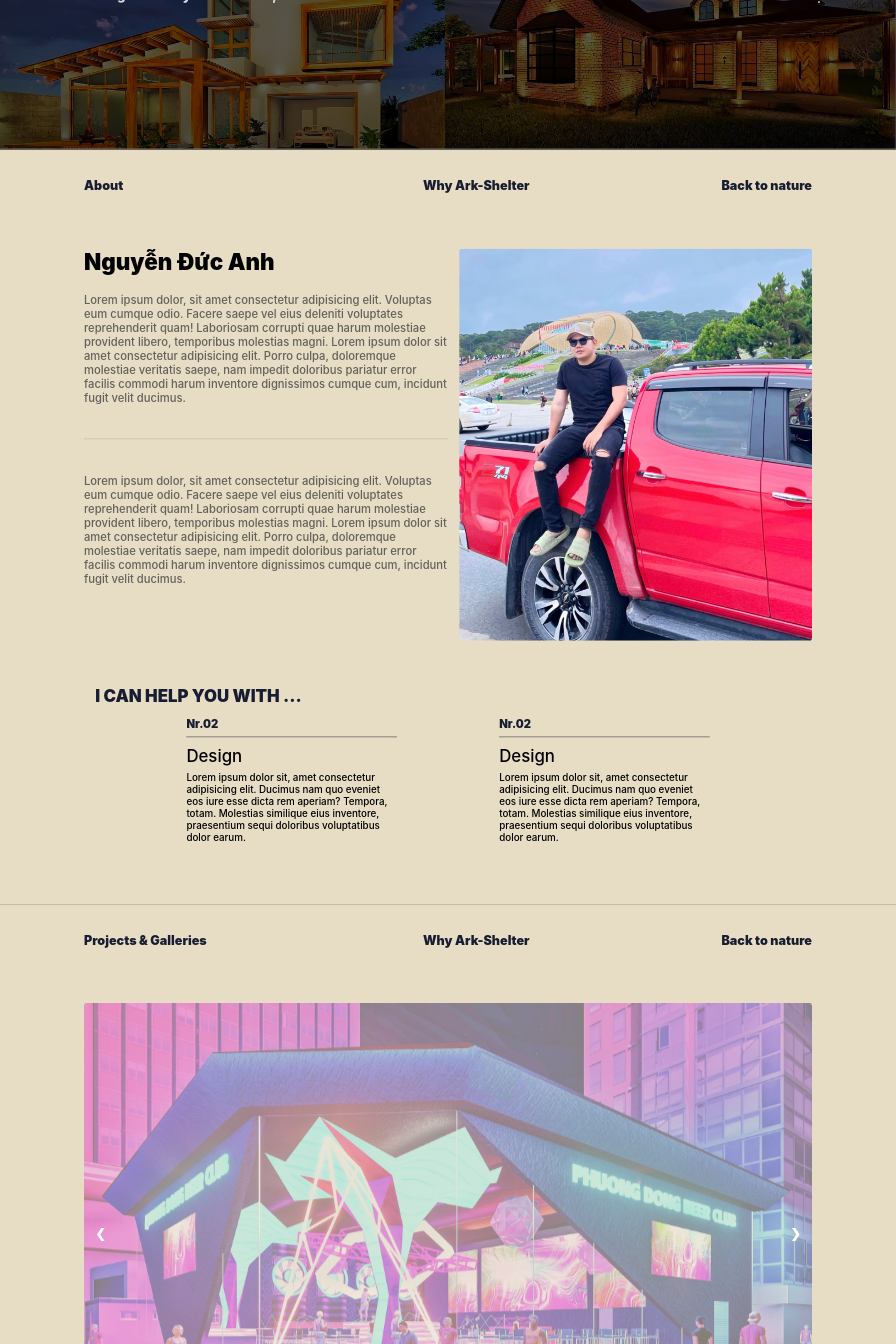
Repository: Ethanxcode/DucAnhNguyen
Page: index.html
The author's editor kept a copy of each file at every save. The page is drawn from the files as they stood at one save, then again after the next save.
The browser window is 1280 px wide. The pictures show the part of the page from y = 466 to 2386 px (the page is 5378 px tall), at 70% of full size.

Above is the page before, as saved 2023-01-30 15:59:22.

### index.html
<!DOCTYPE html>
<html lang="en">

<head>
	<meta charset="UTF-8" />
	<meta http-equiv="X-UA-Compatible" content="IE=edge" />
	<meta name="viewport" content="width=device-width, initial-scale=1.0" />
	<link rel="stylesheet" href="./style.css" />
	<link rel="stylesheet" href="https://cdnjs.cloudflare.com/ajax/libs/font-awesome/6.2.1/css/all.min.css" />
	<!-- <link rel="stylesheet" type="text/css" href="/css/fonts.css" /> -->
	<title>DucAnhNguyen</title>
</head>

<body>
	<div id="root">
		<section class="container bgimage header">
			<div class="bg-image-holder" style="
						background-image: url(./Assets/241194850_2108411145980762_7904081432669109629_n.jpg);
					"></div>
			<nav class="navigation content-above">
				<ul class="headerMenu">
					<li>
						<a href="">
							<h2 class="textLogo">Duc Anh</h2>
						</a>
					</li>
					<li class="subHeaderMenu">
						<ul>

							<li>
								<a href="#" class="inter-black-iron-16px">Live</a>
							</li>
							<li>
								<a href="#" class="inter-black-iron-16px">Projects</a>
							</li>
							<li>
								<a href="#" class="inter-black-iron-16px">Contacts</a>
							</li>
							<li><i class="fa-solid fa-bars"></i></li>
						</ul>
					</li>
				</ul>
			</nav>
			<nav class="heroSubNavigation">
				<button class="btn inter-black-almod-16px" style="margin-left: 88px">
					<i class="icon-margin-8px fa-solid fa-arrow-right-from-bracket"></i>
					Check out our feature on news
				</button>
				<h1 class="heroTitle">
					New way <br />
					of living.
				</h1>
				<p class="inter-black-iron-16px" style="text-transform: capitalize">
					change the way you live life, closer to nature
				</p>
				<p class="childrenSubNav">Modular, sustainable, premeium.</p>
			</nav>
		</section>

		<section class="AboutSection container">
			<header class="HeaderSection">
				<ul class="HeaderSectionMenu">
					<li>
						<h4 class="inter-black-eerie-black-18px">About</h4>
					</li>
					<ul class="subSectionMenu">
						<li>
							<h4 class="inter-black-eerie-black-18px">Why Ark-Shelter</h4>
						</li>
						<li>
							<h4 class="inter-black-eerie-black-18px">Back to nature</h4>
						</li>
					</ul>
				</ul>
			</header>
			<div class="row Aboutcontent">
				<div class="col-half">
					<h1 class="nameTitle">Nguyễn Đức Anh</h1>
					<p class="margin-top-24px inter-medium-tundora-16px">
						Lorem ipsum dolor, sit amet consectetur adipisicing elit. Voluptas
						eum cumque odio. Facere saepe vel eius deleniti voluptates
						reprehenderit quam! Laboriosam corrupti quae harum molestiae
						provident libero, temporibus molestias magni. Lorem ipsum dolor
						sit amet consectetur adipisicing elit. Porro culpa, doloremque
						molestiae veritatis saepe, nam impedit doloribus pariatur error
						facilis commodi harum inventore dignissimos cumque cum, incidunt
						fugit velit ducimus.
					</p>
					<hr>
						<p class="inter-medium-tundora-16px">
						Lorem ipsum dolor, sit amet consectetur adipisicing elit. Voluptas
						eum cumque odio. Facere saepe vel eius deleniti voluptates
						reprehenderit quam! Laboriosam corrupti quae harum molestiae
						provident libero, temporibus molestias magni. Lorem ipsum dolor
						sit amet consectetur adipisicing elit. Porro culpa, doloremque
						molestiae veritatis saepe, nam impedit doloribus pariatur error
						facilis commodi harum inventore dignissimos cumque cum, incidunt
						fugit velit ducimus.
					</p>

				</div>
				<div class="col-half" style="padding-left: 16px;">
					<img src="./Assets/P1.jpg" alt="" style="
								height: 560px;
								width: 100%;
								object-fit: cover;
								border-radius: 4px;
								float: right;
							" />
				</div>
			</div>
			<div class="margin-top-64px subAboutContent row">
				<div class="row">
					<p class="inter-black-eerie-black-24px " >
						I CAN HELP YOU WITH ...
					</p>
				</div>
				<div class="col-half">
					<h4 class="inter-black-eerie-black-16px">Nr.02</h4>
					<h3 class="inter-medium-black-24px">Design</h3>
					<p class="inter-medium-black-14px">
						Lorem ipsum dolor sit, amet consectetur adipisicing elit. Ducimus
						nam quo eveniet eos iure esse dicta rem aperiam? Tempora, totam.
						Molestias similique eius inventore, praesentium sequi doloribus
						voluptatibus dolor earum.
					</p>
				</div>
				<div class="col-half">
					<h4 class="inter-black-eerie-black-16px">Nr.02</h4>
					<h3 class="inter-medium-black-24px">Design</h3>
					<p class="inter-medium-black-14px">
						Lorem ipsum dolor sit, amet consectetur adipisicing elit. Ducimus
						nam quo eveniet eos iure esse dicta rem aperiam? Tempora, totam.
						Molestias similique eius inventore, praesentium sequi doloribus
						voluptatibus dolor earum.
					</p>
				</div>
			</div>
		</section>

		<section class="slideSection container">
			<header class="HeaderSection">
				<ul class="HeaderSectionMenu">
					<li>
						<h4 class="inter-black-eerie-black-18px">Projects & Galleries</h4>
					</li>
					<ul class="subSectionMenu">
						<li>
							<h4 class="inter-black-eerie-black-18px">Why Ark-Shelter</h4>
						</li>
						<li>
							<h4 class="inter-black-eerie-black-18px">Back to nature</h4>
						</li>
					</ul>
				</ul>
			</header>
			<div class="slideshow-container">
				<!-- Full-width images with number and caption text -->
				<div class="mySlides fade">
					<!-- <div class="numbertext">1 / 4</div> -->
					<img src="Assets/311601869_1307089786709169_3065254316628902188_n.jpg" style="width: 100%" />
					<!-- <div class="text">Caption Text</div> -->
				</div>

				<div class="mySlides fade">
					<!-- <div class="numbertext">2 / 4</div> -->
					<img src="Assets/91572249_1631208343701047_2964735174748667904_n.jpg" style="width: 100%" />
					<!-- <div class="text">Caption Two</div> -->
				</div>

				<div class="mySlides fade">
					<!-- <div class="numbertext">3 / 4</div> -->
					<img src="Assets/241194850_2108411145980762_7904081432669109629_n.jpg" style="width: 100%" />
					<!-- <div class="text">Caption Three</div> -->
				</div>
				<div class="mySlides fade">
					<!-- <div class="numbertext">4 / 4</div> -->
					<img src="Assets/159825492_1943519125803299_9126036899379787784_n.jpg" style="width: 100%" />
					<!-- <div class="text">Caption four</div> -->
				</div>

				<!-- Next and previous buttons -->
				<a class="prev" onclick="plusSlides(-1)">&#10094;</a>
				<a class="next" onclick="plusSlides(1)">&#10095;</a>
				<div style="
							align-items: center;
							display: flex;
							/* width: 90%; */
							border-radius: 4px;
							margin: 16px 64px 0 64px;
							height: 4px;
							background-color: var(--pablo);
						">
					<span class="dot" onclick="currentSlide(1)"></span>
					<span class="dot" onclick="currentSlide(2)"></span>
					<span class="dot" onclick="currentSlide(3)"></span>
					<span class="dot" onclick="currentSlide(4)"></span>
				</div>
			</div>
		</section>

		<section class="gallerySection container">
			<!-- <header class="HeaderSection">
				<ul class="HeaderSectionMenu">
					<li>
						<h4 class="inter-black-eerie-black-18px">Gallery</h4>
					</li>
					<ul class="subSectionMenu">
						<li>
							<h4 class="inter-black-eerie-black-18px">Why Ark-Shelter</h4>
						</li>
						<li>
							<h4 class="inter-black-eerie-black-18px">Back to nature</h4>
						</li>
					</ul>
				</ul>
			</header> -->
			<div class="row galleryContent">
				<div class="col-half">
					<img src="./Assets/241194850_2108411145980762_7904081432669109629_n.jpg" alt="" style="

							" />
				</div>
				<div class="col-half">
					<img src="./Assets/311601869_1307089786709169_3065254316628902188_n.jpg" alt="" style="

								float: right;
							" />
				</div>
				<button class="btn inter-black-almod-16px shortBtn margin-top-24px">

					More
				</button>
			</div>


	</div>
	</section>

	<section class="contactSectionn container">
		<header class="HeaderSection">
			<ul class="HeaderSectionMenu">
				<li>
					<h4 class="inter-black-eerie-black-18px">Contact</h4>
				</li>
				<ul class="subSectionMenu">
					<li>
						<h4 class="inter-black-eerie-black-18px">Why Ark-Shelter</h4>
					</li>
					<li>
						<h4 class="inter-black-eerie-black-18px">Back to nature</h4>
					</li>
				</ul>
			</ul>
		</header>
		<div class="row contactContent">
			<div class=" subContactContent">
				<img src="./Assets/P1.jpg" class="circleLogo" alt="">
				<h1 class="bigNameTitle">Let's work <br> together</h1>
			</div>
			<div class="row">
				<hr>
				<div class="circleCanvas">
					<canvas id="myCanvas" width="180" height="180"></canvas>
					<span class="">Get in touch</span>
				</div>

			</div>

			<div class="subChildContactContent">
				<button class="btn inter-black-almod-16px shortBtn margin-top-24px">
					NguyenDucAnh123@gmail.com
				</button>
				<button class="btn inter-black-almod-16px shortBtn margin-top-24px">
					+84867833989
				</button>
			</div>
		</div>


		<!-- <p class="ask">Contact form? Below <i class="fa-solid fa-hand-point-down"></i></p> -->
		<h1 class="showGuideTitle margin-top-80px">Let us know how we can help you.</h1>
		<div class="formSubmit row margin-top-24px">
			<ul class="col-half">
				<li><input class="inter-medium-tundora-14px-2" placeholder="First Name" type="text"></li>
				<li><input class="inter-medium-tundora-14px-2" placeholder="Email" type="text"></li>
				<li><input class="inter-medium-tundora-14px-2" placeholder="Country" type="text"></li>
			</ul>
			<ul class="col-half">
				<li><input class="inter-medium-tundora-14px-2" placeholder="Last Name" type="text"></li>
				<li><input class="inter-medium-tundora-14px-2" placeholder="Phone Number" type="text"></li>
				<li><input class="inter-medium-tundora-14px-2" placeholder="Subject" type="text"></li>
			</ul>
			<div class="row">
				<textarea placeholder="Your message" class="inter-medium-tundora-14px-2" name="message" id="myMessage"
					cols="180" rows="8"></textarea>
			</div>
		</div>
		<button class="btn fullFilshortBtn margin-top-24px">Send message!</button>
	</section>



	<footer class="FooterSection ">
		<section class="container">
				<div class="row footerContent" style="display: flex; justify-content: space-evenly;">
			<div class="col-four subFooterContent">
				<h4 class=" margin-bottom-24px">Sitemap</h4>
				<ul>
					<li>Home</li>
					<li>Live</li>
					<li>Work</li>
					<li>Projects</li>
					<li>Career</li>
					<li>Contact</li>

				</ul>
			</div>

			<div class="col-four subFooterContent">
				<h4 class=" margin-bottom-24px">Sitemap</h4>
				<ul>
					<li>FQA</li>
					<li>Privacy Policy</li>

				</ul>
			</div>

				<div class="col-four subFooterContent">
				<h4 class=" margin-bottom-24px">Sitemap</h4>
				<ul>
					<li>
						<p>We will send you updates on new products and discounts.</p>
					</li>
					<li><input class="inter-medium-tundora-14px-2" placeholder="Email" type="text"></li>
				</ul>

			</div>
			<div class="col-four" style="width: 100%; margin-top: 24px;" >
				<div class="mapouter">
					<div class="gmap_canvas" ><iframe
							src="https://maps.google.com/maps?q=51%20%C4%90%C6%B0%E1%BB%9Dng%20183,%20B%C3%ACnh%20M%E1%BB%B9,%20C%E1%BB%A7%20Chi,%20Th%C3%A0nh%20ph%E1%BB%91%20H%E1%BB%93%20Ch%C3%AD%20Minh,%20Vietnam&amp;t=&amp;z=13&amp;ie=UTF8&amp;iwloc=&amp;output=embed"
							id="gmap_canvas" frameborder="0" scrolling="no"
							style="height: 240px; width: 100%; border-radius: 4px;"></iframe><a></a>
					</div>
				</div>
			</div>
			<ul class="footerIcons">
				<li><a href="#"><i class="fa-brands fa-facebook"></i></a></li>
				<li><a href="#"><i class="fa-brands fa-twitter"></i></a></li>
				<li><a href="#"><i class="fa-brands fa-linkedin"></i></a></li>
				<li><a href="#"><i class="fa-brands fa-pinterest"></i></a></li>

			</ul>
		</div>
		</div>
		</section>
		<footer class="footerCopyright">
			<p>all rights reserved @ 2023</p>
		</footer>
	</footer>

	</div>
	<script src="script.js"></script>
</body>

</html>

Loaded but not shown: script.js (71 lines, source omitted); style.css (1029 lines, source omitted)

After the next save:
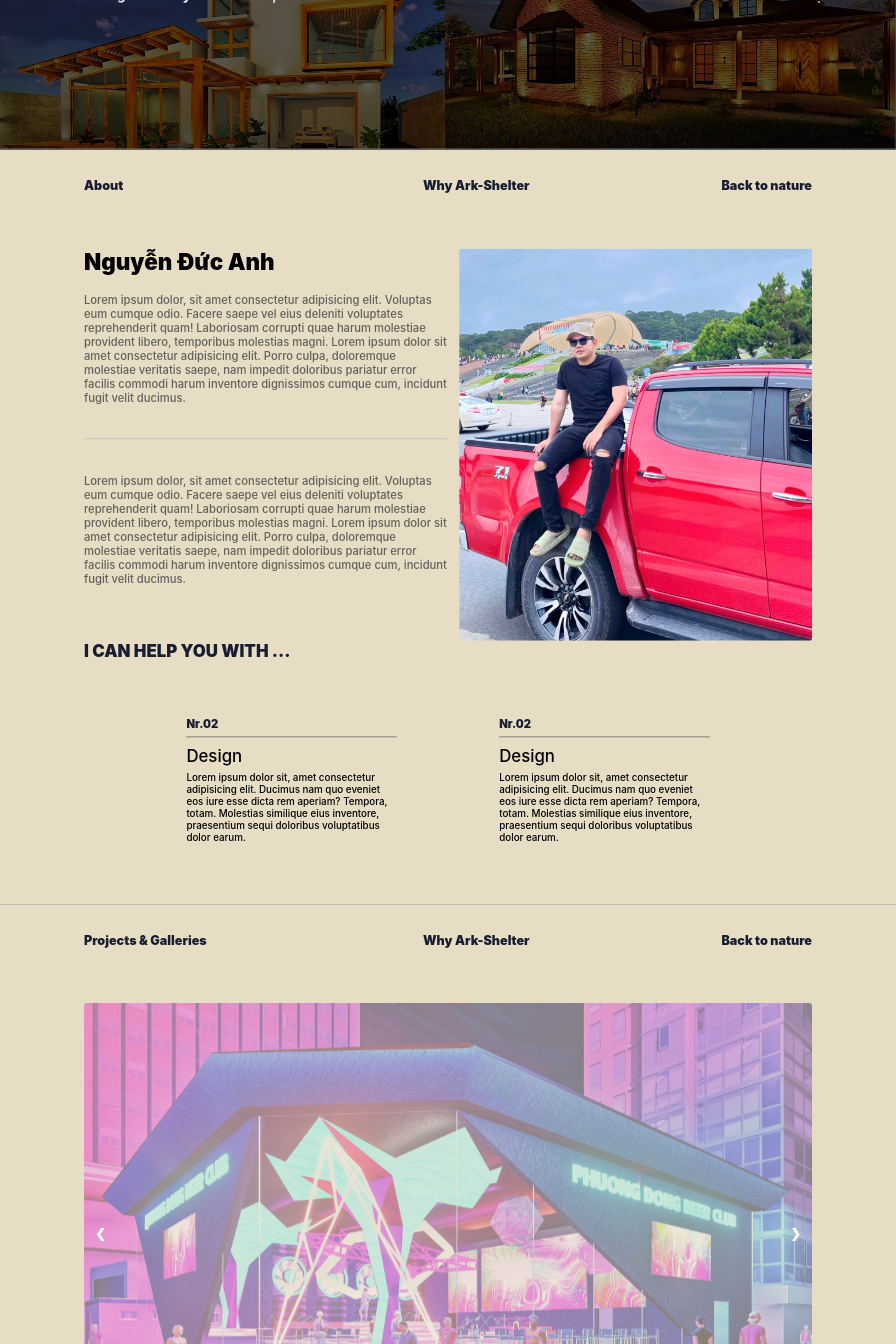
Saved 10 s later.
--- a/index.html
+++ b/index.html
@@ -109,12 +109,13 @@
 							" />
 				</div>
 			</div>
-			<div class="margin-top-64px subAboutContent row">
-				<div class="row">
+			<div class="row">
 					<p class="inter-black-eerie-black-24px " >
 						I CAN HELP YOU WITH ...
 					</p>
 				</div>
+			<div class="margin-top-64px subAboutContent row">
+
 				<div class="col-half">
 					<h4 class="inter-black-eerie-black-16px">Nr.02</h4>
 					<h3 class="inter-medium-black-24px">Design</h3>
